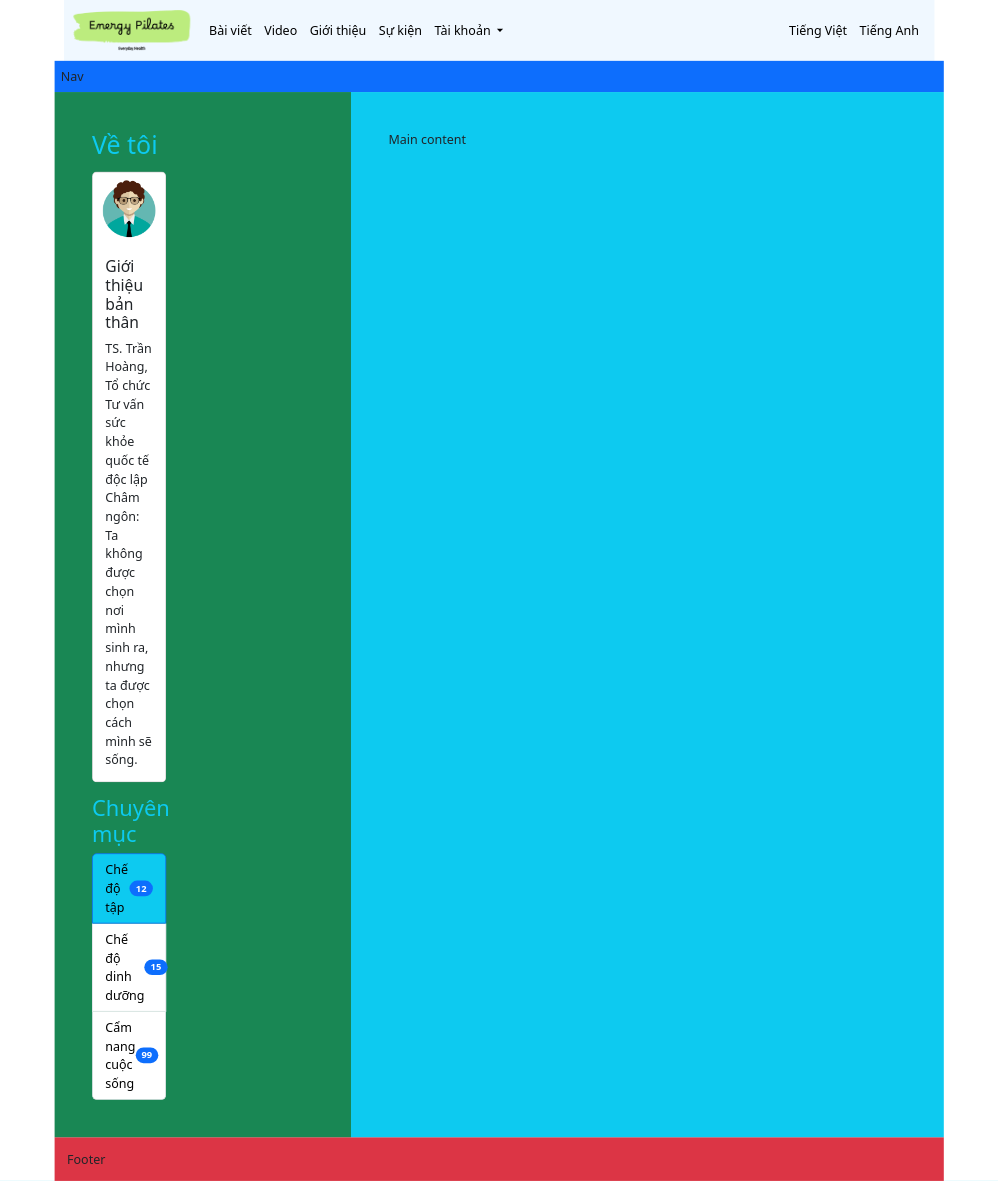
Repository: KizukoHeiwa/SOF308
Page: Lab1/index.html
The author's editor kept a copy of each file at every save. The page is drawn from the files as they stood at one save, then again after the next save.
The browser window is 1280 px wide. The pictures show the whole page, at 78% of full size.

Above is the page before, as saved 2024-10-31 10:06:39.

After the next save:
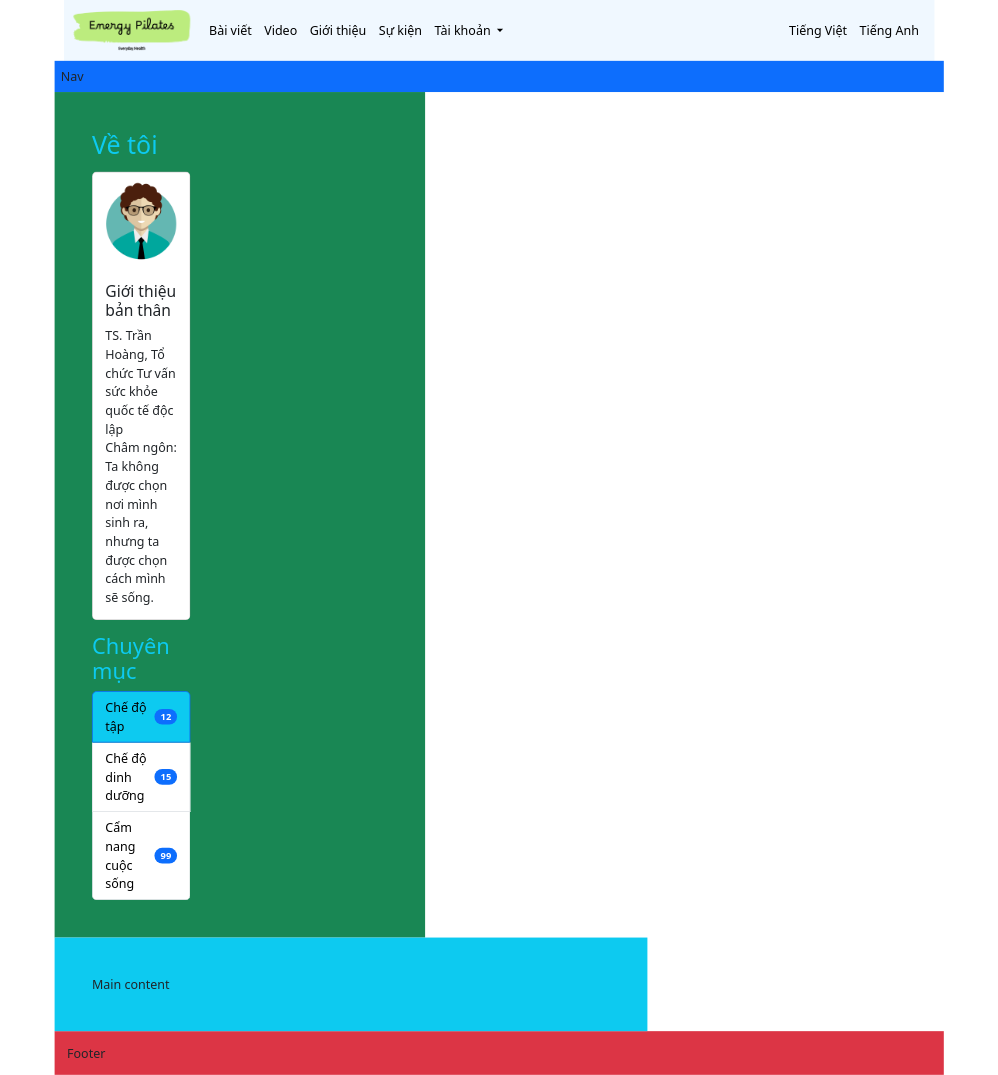
Saved 30 s later.
--- a/Lab1/index.html
+++ b/Lab1/index.html
@@ -69,7 +69,7 @@
         </header>
         <nav class="row bg-primary p-2">Nav</nav>
         <section class="row">
-            <aside class="col-sm-4 bg-success p-5">
+            <aside class="col-sm-5 bg-success p-5">
                 <div class="col-sm-4">
                     <h2 class="text-info mb-3">Về tôi</h2>
                     <div class="card mb-3">

After the save that followed:
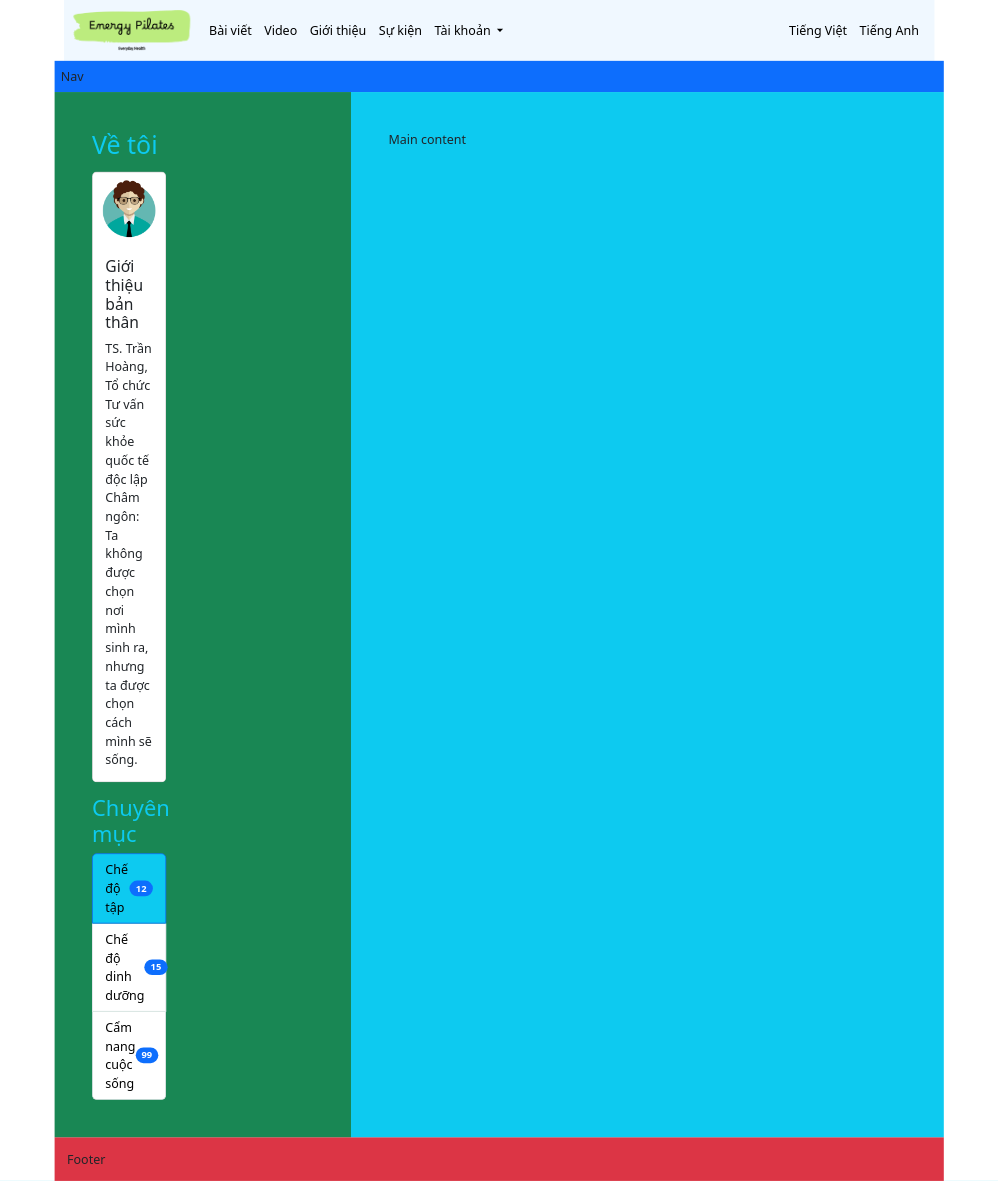
Saved 8 s later.
--- a/Lab1/index.html
+++ b/Lab1/index.html
@@ -69,7 +69,7 @@
         </header>
         <nav class="row bg-primary p-2">Nav</nav>
         <section class="row">
-            <aside class="col-sm-5 bg-success p-5">
+            <aside class="col-sm-4 bg-success p-5">
                 <div class="col-sm-4">
                     <h2 class="text-info mb-3">Về tôi</h2>
                     <div class="card mb-3">
